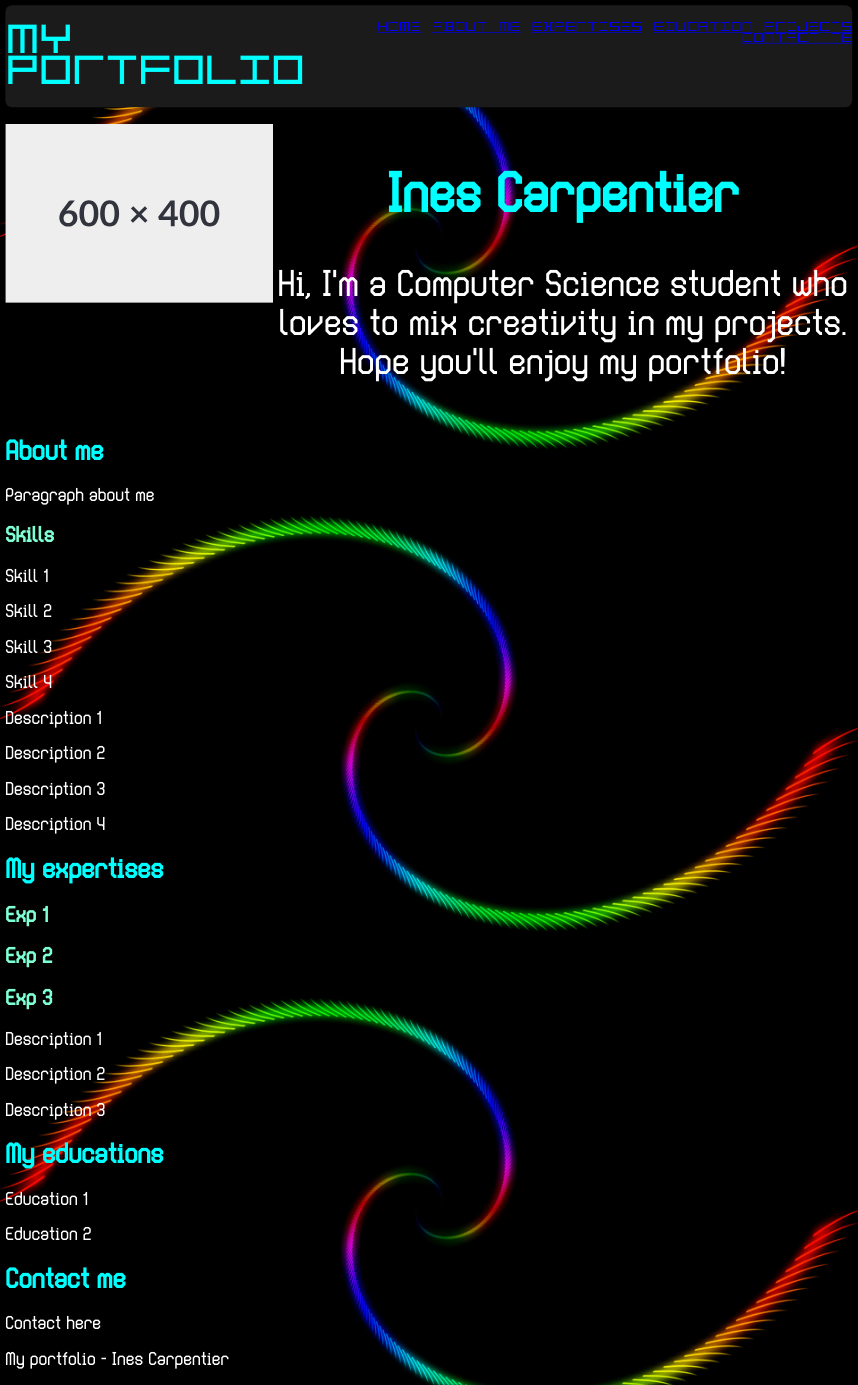
Repository: InsCarp/InsCarp
Page: index.html
An editor plug-in stored every save of this project. The page is shown before and after the next save, followed by the edit.
The browser window is 1280 px wide. The pictures show the whole page, at 67% of full size.
Backgrounds fixed to the window are drawn as part of the page.

Above is the page before, as saved 2026-04-22 11:44:59.

### index.html
<!DOCTYPE html>
<html lang="en">
<head>
    <meta charset="UTF-8">
    <meta name="viewport" content="width=device-width, initial-scale=1.0">
    <link rel="icon" href="/assets/images/Logo.png" type="image/png" />
    <link rel="stylesheet" href="/styles/globals.css" type="text/css"/>
    <link rel="stylesheet" href="/styles/index.css" type="text/css"/>

    <title>Portfolio - Ines Carpentier</title>
</head>
<header>
    <h1 id="Title">My portfolio</h1>
    <nav>
        <a href="index.html">Home</a>
        <a href="#About">About me</a>
        <a href="#Expertises">Expertises</a>
        <a href="#Education">Education</a>
        <a href="project.html">Projects</a> <!--Put my project page here-->
        <a href="#Contact">Contact me</a>
    </nav>
</header>
<body>
    <div class="Intro">
        <article>
            <img src="/assets/images/placeholder.svg" id="Me" alt="Me in a circle placeholder"/>
        </article>
        <article id="intro">
            <h2>Ines Carpentier</h2>
            <p>Hi, I'm a Computer Science student who loves to mix creativity in my projects.
                Hope you'll enjoy my portfolio!</p>
        </article>
    </div>
    <div class="About">
        <h2 id="About">About me</h2>
        <p>Paragraph about me</p>
        <h3>Skills</h3>
        <article>
            <p>Skill 1</p>
            <p>Skill 2</p>
            <p>Skill 3</p>
            <p>Skill 4</p>
        </article>
        <article>
            <p>Description 1</p>
            <p>Description 2</p>
            <p>Description 3</p>
            <P>Description 4</P>
        </article>
    </div>
    <div class="Exp">
        <h2 id="Expertises">My expertises</h2>
        <article>
            <h3>Exp 1</h3>
            <h3>Exp 2</h3>
            <h3>Exp 3</h3>
        </article>
        <article>
            <p>Description 1</p>
            <p>Description 2</p>
            <p>Description 3</p>
        </article>
    </div>
    <div class="Education">
        <h2 id="Education">My educations</h2>
        <p>Education 1</p>
        <p>Education 2</p>
    </div>
    <div class="Contact">
        <h2 id="Contact">Contact me</h2>
        <p>Contact here</p>
    </div>
</body>
<footer>
    <p>My portfolio - Ines Carpentier</p>
</footer>
</html>

### styles/globals.css
@font-face {
    font-family: Title;
    src: url(/assets/fonts/Y224-2vdae.ttf);
}
@font-face {
    font-family: Portfolio;
    src: url(/assets/fonts/Eightgon-OGn6p.ttf);
}

html{
    font-size:25px;
}

a:visited{
    color:aquamarine;
}
a:hover{
    color:greenyellow;
}
a:active{
    color:yellow;
}

body{
    background-color:rgb(0, 2, 36);
    color:rgb(255, 255, 255);
    background-image: url(../assets/images/back.gif);
    background-size: cover;
    background-repeat: no-repeat;
    background-attachment: fixed;
    font-family: Portfolio;
}




h1, h2{
    color:aqua;

}

h3{
    color:aquamarine;
}


header {
    position:sticky;
    display: flex;
    flex-direction: row;
    font-family: Title;
    justify-content: space-between;
    background-color:rgb(27, 27, 27);
    border-radius: 10px;
    font-size:0.9rem;


}
nav{
    display:none;
}


@media only screen and (min-width: 800px){
    header {
    display: flex;
    flex-direction: row;
    font-family: Title;
    justify-content: space-between;

}
nav{
    text-align:right;
    display:initial;
    font-size:0.4rem;
    margin-top:8%;


}
}

@media only screen and (min-width: 1200px){
    header {
    display: flex;
    flex-direction: row;
    font-family: Title;
    justify-content: space-between;



}
nav{
    text-align:right;
    display:initial;
    font-size:0.6rem;
    margin-top:2%;



}
}

### styles/index.css
.Intro{
    margin-top: 1rem;
    display:flex;
    flex-direction: column;
    justify-content: space-between;
}

#intro{

    text-align: center;
    font-size:2rem;
}

#Me{
    width:400px;
}


@media only screen and (min-width: 800px){
    .Intro{
    margin-top: 1rem;
    display:flex;
    flex-direction: row;
    justify-content: space-between;
}

#intro{

    text-align: center;
    font-size:2rem;
}
}

After the next save:
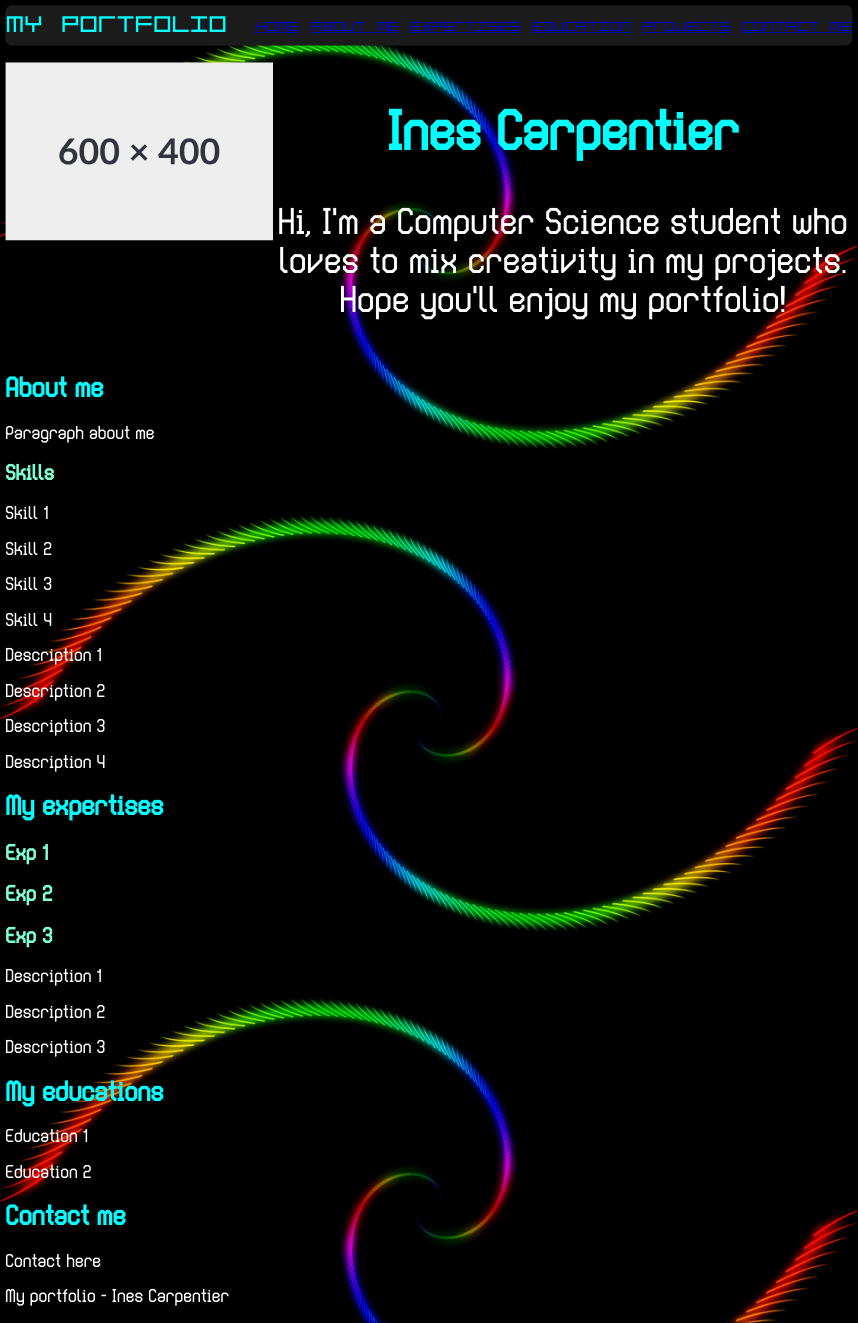
Saved 5 s later.
--- a/styles/globals.css
+++ b/styles/globals.css
@@ -52,7 +52,7 @@ header {
     justify-content: space-between;
     background-color:rgb(27, 27, 27);
     border-radius: 10px;
-    font-size:0.9rem;
+    font-size:0.5rem;
 
 
 }
